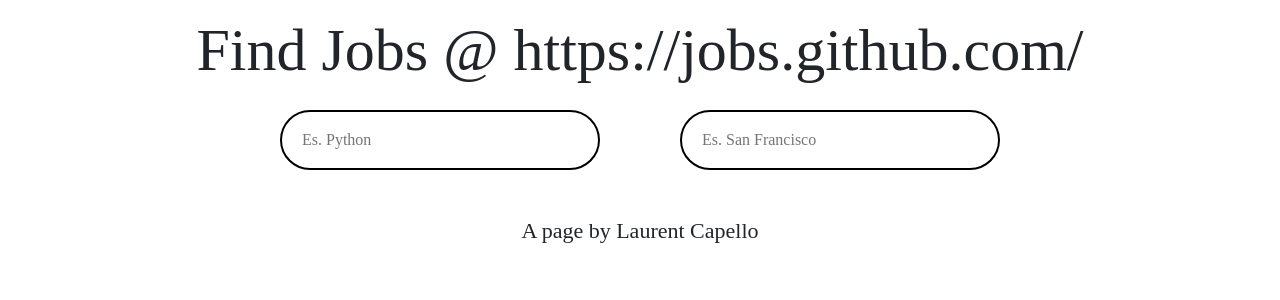
Repository: sokafootball/job-finder
Page: /
These files come from the project's save history. The page is drawn as it stood at one moment and after the next save; the edit follows.
The browser window is 1280 px wide. The pictures show the whole page.
The page's requests for data from a server got no answer. The project was rebuilt for these pictures with package versions that can differ from the ones it lists, and the page was loaded fresh each time. No one was signed in, and anything a server would have sent is missing. Also part of the build but not shown: src/components/JobCard/JobCard.css, src/components/JobCard/JobCard.js.

Above is the page before, as saved 2020-10-22 17:13:33.

After the next save:
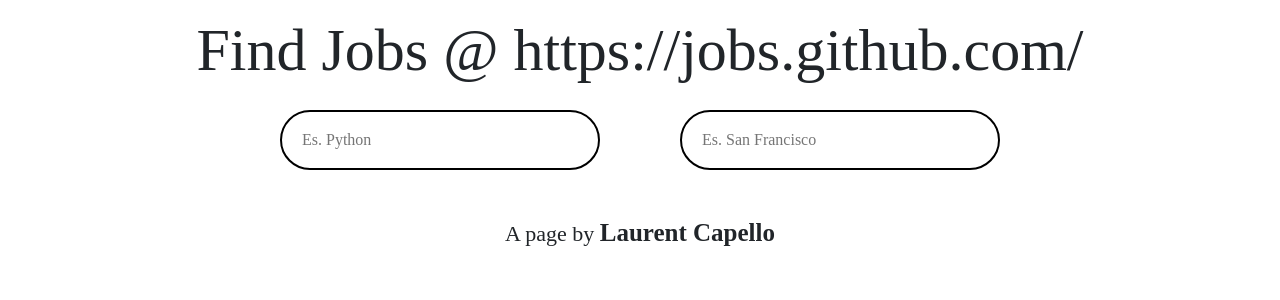
Saved 50 s later.
--- a/src/components/Footer/Footer.css
+++ b/src/components/Footer/Footer.css
@@ -2,3 +2,9 @@
   font-size: 22px;
   margin: 20px 0px 30px 0px;
 }
+
+#signature{
+  text-shadow: var(--main-color) 2px 2px;
+  font-size: 25px;
+  font-weight: 800;
+}
